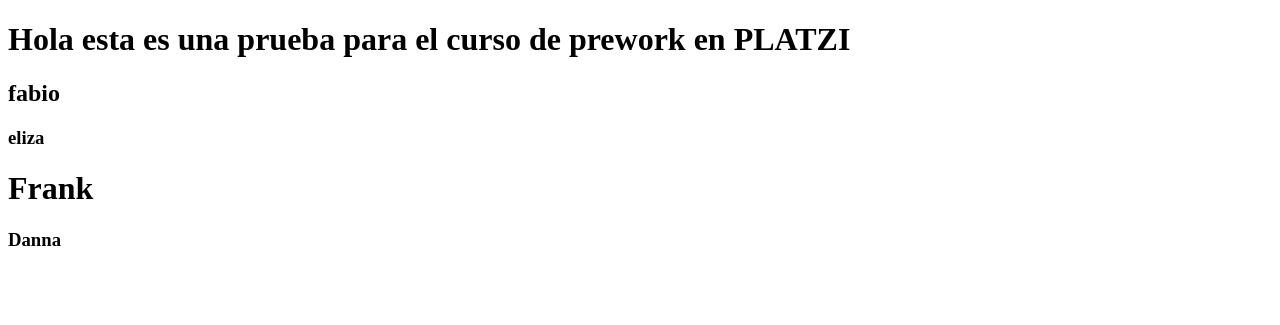
Repository: Frankesteban/Proyecto-Ing
Page: web.html
The author's editor kept a copy of each file at every save. The page is drawn from the files as they stood at one save, then again after the next save.
The browser window is 1280 px wide. The pictures show the whole page.

Above is the page before, as saved 2023-05-05 17:19:07.

After the next save:
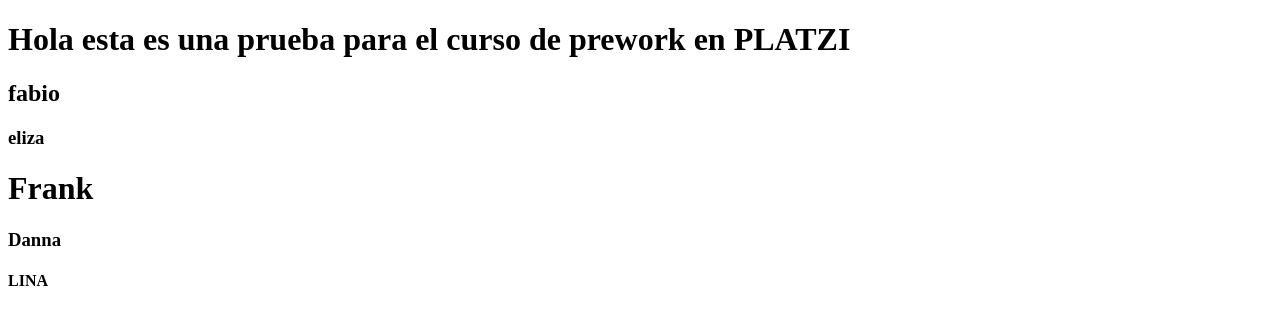
Saved 6 h 46 min later.
--- a/web.html
+++ b/web.html
@@ -16,6 +16,7 @@
         <h3>eliza</h3>
         <h1>Frank</h1>
         <h3>Danna</h3>
+        <h4>LINA</h4>
 
     </div>
 </body>
